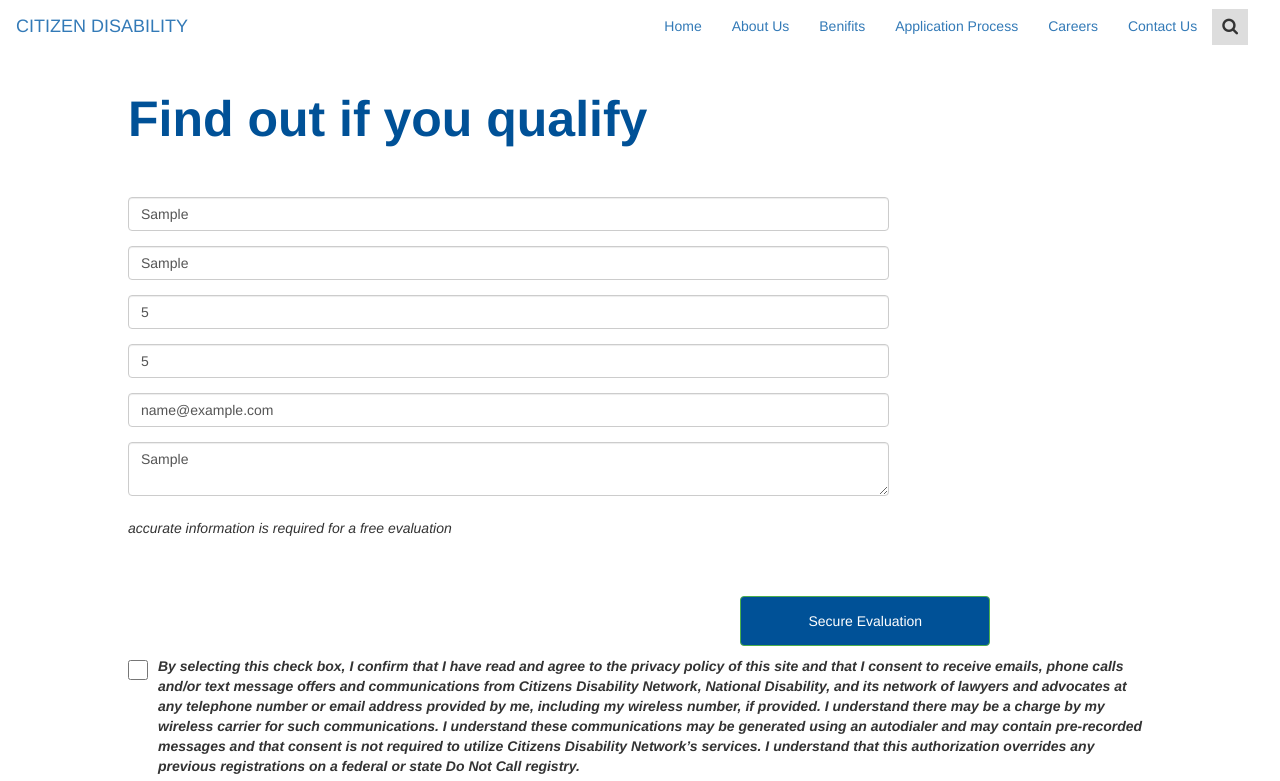
Repository: welcome0605/Embed-html-integrate-with-API
Page: Home1.html
These files come from the project's save history. The page is drawn as it stood at one moment and after the next save; the edit follows.
The browser window is 1280 px wide. The pictures show the whole page.
Empty fields were first filled with sample values (such as "Sample", 5 or name@example.com).
After loading, the first visible `#zipName` was changed once.

Above is the page before, as saved 2019-05-04 13:56:03.

After the next save:
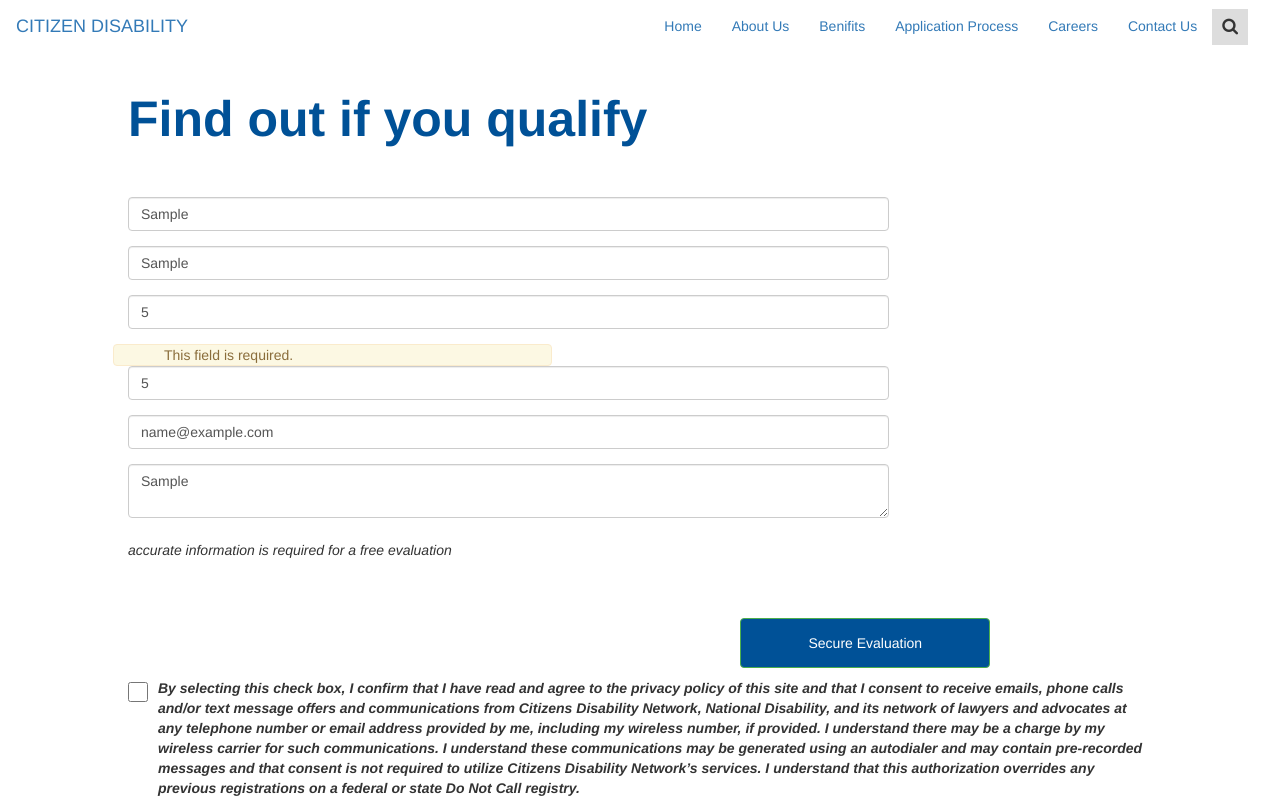
Saved 21 s later.
--- a/Home1.html
+++ b/Home1.html
@@ -48,7 +48,7 @@
         zip = document.getElementById('zipName').value;
         validCount = zip.length;
         // console.log(validCount);
-        if(validCount == 0 || validCount > 5) {
+        if(validCount == 0 || validCount != 5) {
             $('.alert_req6').css("display","block");
             flag = true;
         }
